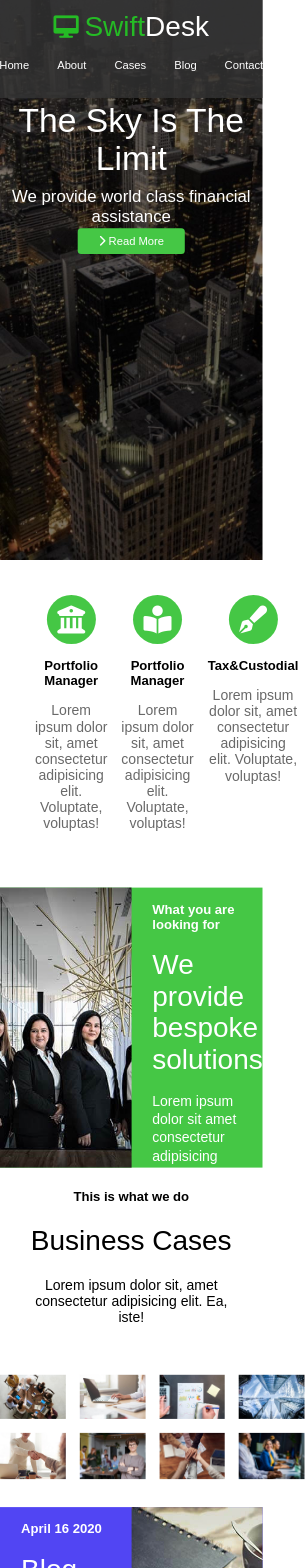
Repository: reemoon-ctrl/swiftdisk-Website-Flexbox
Page: index.html
These files come from the project's save history. The page is drawn as it stood at one moment and after the next save; the edit follows.
The browser window is 375 px wide. The page is 435 px wide, so the pictures cover 435 px, including what lies to the right of the window. The pictures show the part of the page from y = 0 to 2240 px (the page is 3551 px tall), at 70% of full size.
Some web fonts or font styles are not loaded; a fallback is used.

Above is the page before, as saved 2024-07-28 10:02:29.

### index.html
<!DOCTYPE html>
<html lang="en">
<head>
    <meta charset="UTF-8">
    <meta name="viewport" content="width=device-width, initial-scale=1.0">
    <title>
        Swift Desk
    </title>
    <link rel="stylesheet" href="https://cdnjs.cloudflare.com/ajax/libs/pretendard-gov/1.3.9/variable/pretendardvariable-gov.css" integrity="sha512-8+hQBaMPOtCpDlrIo2m0mrtjxkbHDG7Qn6+ftvl8QmG21EGNQTP8Qi76h2VgHyol77soXLVZuuZDX953JC10hw==" crossorigin="anonymous" referrerpolicy="no-referrer" />
    <link rel="stylesheet" href="https://cdnjs.cloudflare.com/ajax/libs/font-awesome/6.0.0-beta3/css/all.min.css">

    <link rel="stylesheet" href="index.css">
    <link rel="stylesheet" href="media.css">
</head>
<body>
    <div class="show-case">
        <header>
            <div class="nav-bar">
                <div class="title-bar">
                    <i class="fas fa-desktop fa-2x" style="color: rgb(37, 187, 37)"></i>
                    <h1 class="title"><span class="fword"> Swift</span>Desk</h1>
                </div>
                <div class="link-bar">
                    <a href="index.html">Home</a>
                    <a href="#about">About</a>
                    <a href="#cases">Cases</a>
                    <a href="#blog">Blog</a>
                    <a href="#contact">Contact</a>
                </div>
            </div>
        </header>
        <header class="hd-content">
            <h1>The Sky Is The Limit</h1>
            <p>We provide world class financial assistance
            </p>
            <a href=""><i class="fas fa-chevron-right "></i> Read More</a>

        </header>

    </div>
    <main>
        <div class="about-section">
            <ul id="about"class="about-srvice" >
                <li><i class="fas fa-university " ></i>
                    <h3>Portfolio Manager</h3>
                    <p>Lorem ipsum dolor sit, amet consectetur
                         adipisicing elit. Voluptate, voluptas!</p>
                </li>
                <li><i class="fas fa-book-open-reader " ></i>
                    <h3>Portfolio Manager</h3>
                    <p>Lorem ipsum dolor sit, amet consectetur
                         adipisicing elit. Voluptate, voluptas!</p></li>
                <li><i class="fas fa-pen-fancy " ></i>
                    <h3>Tax&Custodial</h3>
                    <p>Lorem ipsum dolor sit, amet consectetur
                         adipisicing elit. Voluptate, voluptas!</p></li>
            </ul>
        </div>
        <div>
            <div class="solutions">
                <div class="img"></div>
                <div class="solution-content">
                    <h3>What you are looking for</h3>
                    <h2>We provide bespoke solutions</h2>
                    <p>Lorem ipsum dolor sit amet consectetur
                        adipisicing elit. Mollitia nulla vitae aliquid voluptates placeat! Rem voluptatibus odit error labore! Nostrum, fuga tenetur. Doloribus, voluptas! Sed
                        fugiat explicabo perspiciatis velit ad?</p>
                    <a href="index.html">Read More</a>
                 </div>
            </div>
        </div>
        <div class="Business-case" id="cases">
            <div class="Business-case-content">
                <h3>This is what we do</h3>
                <h2>Business Cases</h2>
                <p>Lorem ipsum dolor sit, amet consectetur
                     adipisicing elit. Ea, iste!</p>
            </div>
            <div class="BC-image">
                <img class="BCimg BCimg1" src="/img/cases/cases1.jpg" alt="">
                <img  class="BCimg BCimg2" src="/img/cases/cases2.jpg" alt="">
                <img class="BCimg BCimg3" src="/img/cases/cases3.jpg" alt="">
                <img class="BCimg BCimg4" src="/img/cases/cases4.jpg" alt="">
                <img class="BCimg BCimg5" src="/img/cases/cases5.jpg" alt="">
                <img class="BCimg BCimg6" src="/img/cases/cases6.jpg" alt="">
                <img class="BCimg BCimg7" src="/img/cases/cases7.jpg" alt="">
                <img class="BCimg BCimg8" src="/img/cases/cases8.jpg" alt="">
            </div>
        </div>

        <div>
            <div class="blog" id="blog">
                <div class="img"></div>
                <div class="blog-content">
                    <h3>April 16 2020</h3>
                    <h2>Blog Post One</h2>
                    <p>Lorem ipsum dolor sit amet consectetur
                        adipisicing elit. Mollitia nulla vitae aliquid voluptates placeat! Rem voluptatibus odit error labore! Nostrum, fuga tenetur. Doloribus, voluptas! Sed
                        fugiat explicabo perspiciatis velit ad?</p>
                    <a href="blog.html">Read Our Blog</a>
                 </div>
            </div>
        </div>
        <div class="Business-case">
            <div class="Business-case-content">
                <h3>Who we are</h3>
                <h2>Our Professional Team</h2>
                <p>Lorem ipsum dolor sit, amet consectetur
                     adipisicing elit. Ea, iste!</p>
            </div>
            <div class="our-team">
                <ul class="team-image">
                    <li><img  class="tmimg tm-img1" src="/img/team/person1.jpg" alt=""><h4>John Doe</h4><p>President</p></li>
                    <li><img  class="tmimg tm-img2" src="/img/team/person2.jpg" alt=""><h4>Jane Doe</h4><p>Vice President</p></li>
                    <li><img class="tmimg tm-img3" src="/img/team/person3.jpg" alt=""><h4>Steve Smith</h4><p>Marketing Head</p></li>
                </ul>
            </div>
        </div>
        <div>
            <div class="request" id="contact">
                <div class="img"></div>
                <div class="form-content">
                    <h2>Request Callback</h2>
                    <form class="requwst-form"action="">
                        <input type="text" name="name" id="name" placeholder="enter name">
                        <input type="email" name="Email" id="Email" placeholder="enter email">
                        <input type="tel" name="phone" id="phone" placeholder="enter  phone number">
                        <input type="submit" value="Send" id="submit">
                    </form>


                 </div>

            </div>
        </div>

    </main>
    <footer>
        <ul class="footer-icon">
            <li><a href=""><i class="fa-brands fa-facebook"></i></a></li>
            <li><a href=""><i class="fa-brands fa-twitter"></i></a></li>
            <li><a href=""><i class="fa-brands fa-linkedin"></i></a></li>
            <li><a href=""><i class="fa-brands fa-youtube"></i></a></li>
        </ul>
        <p>copyright &copy; 2020-SwiftDesk</p>
    </footer>



</body>
</html>

### index.css
@import url('https://fonts.googleapis.com/css2?family=Open+Sans:ital,wght@0,300..800;1,300..800&family=Poppins:ital,wght@0,100;0,200;0,300;0,400;0,500;0,600;0,700;0,800;0,900;1,100;1,200;1,300;1,400;1,500;1,600;1,700;1,800;1,900&display=swap');


*{
    box-sizing: border-box;
    margin: 0;
    padding: 0;
}

body{
    font-family: 'Open Sans ', sans-serif;
}
h1,h2{
    font-weight: 300;
}
.nav-bar{
    display: flex;
    justify-content:space-between ;
    padding: 20px 20px;
    color:#fff;
    background-color: #333333cd;
    position: fixed;
    top: 0px;
    height:70px;
    width:100vw;
}
.title-bar{
    align-items: center;
    flex-grow: 1;
    display: flex;
    gap:.5rem;


}
.title-bar h1{
    display:inline-block;
    font-size:2.5rem;
    font-weight: 400;
}

.link-bar{

    /* flex-grow:1 ; */
    align-self: center;
    display: flex;
}
.link-bar a{
    padding: 23.5px 20px;
    color:#fff;
    text-decoration: none;


}
.link-bar a:hover{
    border-bottom: 2px #25bb25 solid;
}
.fword{
    color:#25bb25;
}
.show-case{
   height:100vh;
   text-align: center;
   color:#fff;
   position: relative;
   background:  url('img/home/showcase.jpg') no-repeat center center/cover;
}
.show-case *{
    z-index: 10;
}
.show-case::before{
    content:'';
    position: absolute;
    background: hsla(0%, 0%, 0%, 0.5);
    left: 0;
    top:0;
    width: 100%;
    height:100%;
}
.hd-content{
    padding-top: 18rem;
}
.hd-content h1{
    font-size: 3rem;
}
.hd-content p{
    font-size: 1.5rem;
    padding-top: .8rem;
    padding-bottom: .8rem;
}
.hd-content a{
    color: #fff;
    background:#45c745 ;
    padding: 10px 30px;
    border-radius: 5px;
    text-decoration: none;
    text-align: center;
}
.about-section ul{
    display: flex;
    list-style: none;
    gap: 20px;

}
.about-srvice{
    padding: 50px ;
}
.about-srvice li{
    text-align: center;
}
.about-srvice li i{
    background-color: rgb(69, 199, 69);
    color:#fff;
    width:70px;
    height: 70px;
    border-radius: 70px;
    font-size: 40px;
    padding-top:15px ;


}
.about-srvice li h3{
    padding-top: 20px;
}
.about-srvice li p{
    padding-top: 20px;
    padding-bottom: 30px;
    font-size: 20px;
    color: dimgrey;
}

.solutions{
    display:flex;
    background: #45c745;

}
.solutions .img{
    width:50%;
    background: url('/img/home/people.jpg') center center/cover no-repeat;

}
.solution-content{
    color:#fff;
    padding:20px 30px;
    height:25rem;
    width: 50%;
}
.solution-content h2{
    font-size: 40px;
    font-weight: 500;
    padding: 1.5rem 0px;
}
.solution-content p{
    font-size: 20px;
    line-height: 1.3;
    margin-bottom: 20px;
}
.solution-content a{
    padding: 10px 40px;
    border: 1px solid;
    color:#fff;
    text-decoration: none;
    border-radius: 5px;
    font-size: 18px;

}
.Business-case{
    width: 100vw;
}
.Business-case-content{
    text-align: center;
    padding-left: 30px;
    padding-right: 30px;
}
.Business-case-content h3{
    padding: 30px 0px;
}
.Business-case-content h2{
   padding-bottom: 30px;
    font-size: 40px;
    font-weight: 500;
}
.Business-case-content p{
    padding-bottom: 30px;
    font-size: 20px;
}
.BC-image{
    display: grid;
    grid-template-columns:25% 25% 25% 25%;
   gap: 20px;
   padding: 40px 0px;
}
.BCimg{
    width: 100%;
    height:100%;
    object-fit: cover;


}
.BCimg:hover{
    opacity: 0.7;
}
/* //////////////////////////////////// */
.blog{
    display:flex;
    background: #5145f3;
    flex-direction: row-reverse;

}
.img{
    width:50%;
    background: url('/img/home/blog.jpg') center center/cover no-repeat;

}
.blog-content{
    color:#fff;
    padding:20px 30px;
}
.blog-content{
    height:25rem;
    width: 50%;
}
.blog-content h2{
    font-size: 40px;
    font-weight: 500;
    padding: 1.5rem 0px;
}
.blog-content p{
    font-size: 20px;
    line-height: 1.3;
    margin-bottom: 20px;
}
.blog-content a{
    padding: 10px 40px;
    border: 1px solid;
    color:#fff;
    text-decoration: none;
    border-radius: 5px;
    font-size: 18px;

}
.our-team{
    padding-bottom: 40px;
}
.team-image{
    display: flex;
    justify-content: space-around;
    width: 100vw;
    list-style: none;
    text-align: center;

}
.team-image li h4{
    padding: 15px;
}
.tmimg{
    width: 90%;
    height:70%;
    border-radius: 70%;

}
.request{
    display: flex;
    background-color: #f4f4f4;
}
.request .img{
    background: url(/img/home/contact.jpg);
}
.form-content{
    color:#333;
    padding:20px 30px;
    height:25rem;
    width: 50%;
}
.form-content h2{
    color:#333;
    font-size: 40px;
    font-weight: 500;
    padding: 1.5rem 0px;
    font-weight:lighter;
}
.requwst-form{
    display: flex;
    flex-direction: column;
    gap :20px;

}
.requwst-form input{
border: #ddd;
color: #333;
font-size: 15px;
padding: 10px;
}
.requwst-form input:focus{
    outline-color:#25bb25 ;
}
.requwst-form input[type=submit]{
    background: #25bb25;
    color:#fff;
    cursor: pointer;
    border-radius: 5px;


}
.requwst-form input[type=submit]:hover{
    background-color: #6de66d;

}
footer{
    background: #333;
    padding: 20px ;
}
.footer-icon{
    display: flex;
    align-items: center;
    justify-content: center;
    gap:25px;
}
.footer-icon li{
    list-style: none;
}
.footer-icon li a{
    color: #fff;
    font-size: 30px;
}
.footer-icon li a:hover{
    color: #45c745;
}

footer p{
    text-align: center;
    color: #fff;
    padding-top: 20px;

}
/* //////////blog page//////////////// */
#blog-case{
    height:fit-content;
    text-align: center;
    color:#fff;
    background:  url('img/home/blog.jpg') no-repeat center center/cover ;
 }
.blog-h1{
    font-size: 70px;
    font-weight: 400;
    padding-bottom: 50px;

 }
 .blog-light{
    display:flex;
    background: #fff;
    flex-direction: row-reverse;

}
.img-light{
    width:50%;
    background: url('/img/blog/blog1.jpg') center center/cover no-repeat;

}
.blog-content-light{
    color:#333;
    padding:20px 30px;
    height:25rem;
    width: 50%;
}
.blog-content-light h2{
    font-size: 40px;
    font-weight: 500;
    padding: .4rem 0px;
}
.blog-content-light h3{
    padding-bottom: 1.7rem;
}
.blog-content-light p{
    font-size: 20px;
    line-height: 1.3;
    margin-bottom: 20px;
}
.blog-content-light a{
    padding: 10px 30px;
    border: 1px solid;
    color:#fff;
    background-color: #333;
    text-decoration: none;
    border-radius: 5px;
    font-size: 18px;

}
.blog-dark{
    display:flex;
    background: #333;
    flex-direction: row-reverse;

}
.img-dark{
    width:50%;
    background: url('/img/blog/blog2.jpg') center center/cover no-repeat;

}
.blog-content-dark{
    color:#fff;
    padding:20px 30px;
    height:25rem;
    width: 50%;
}
.blog-content-dark h2{
    font-size: 40px;
    font-weight: 500;
    padding: .4rem 0px;
}
.blog-content-dark h3{
    padding-bottom: 1.7rem;
    font-weight:normal;
}
.blog-content-dark p{
    font-size: 20px;
    line-height: 1.3;
    margin-bottom: 20px;
}
.blog-content-dark a{
    padding: 10px 30px;
    border: 1px solid;
    color:#333;
    background-color: #fff;
    text-decoration: none;
    border-radius: 5px;
    font-size: 18px;

}
.last-blog .img-light{
    width:50%;
    background: url('/img/blog/blog3.jpg') center center/cover no-repeat;

}
.author{
    font-weight: 700;
}

### media.css
@media screen and (max-width:500px){
    .nav-bar{
        flex-direction: column;
        height:140px;
        justify-content: center;
        align-items: center;

    }
    .hd-content{
        padding-top: 9rem;
    }

}

After the next save:
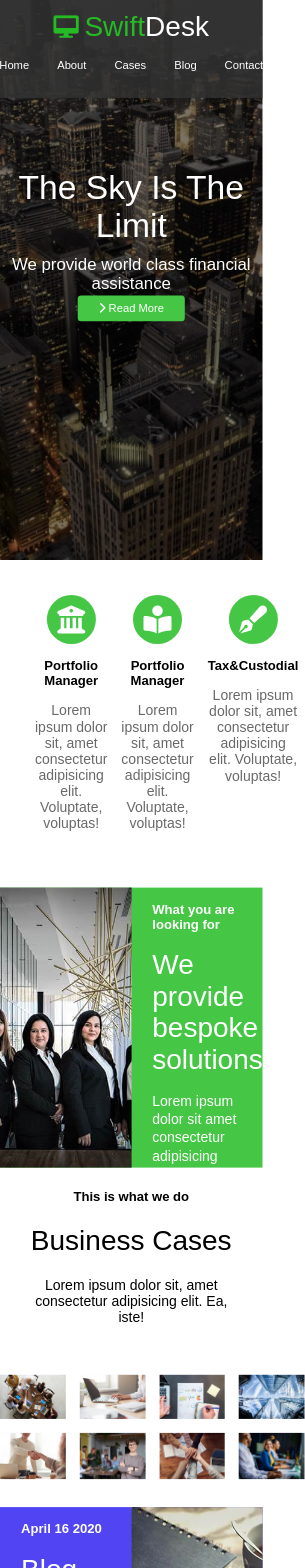
Saved 4 s later.
--- a/media.css
+++ b/media.css
@@ -7,7 +7,7 @@
 
     }
     .hd-content{
-        padding-top: 9rem;
+        padding-top: 15rem;
     }
 
 }
